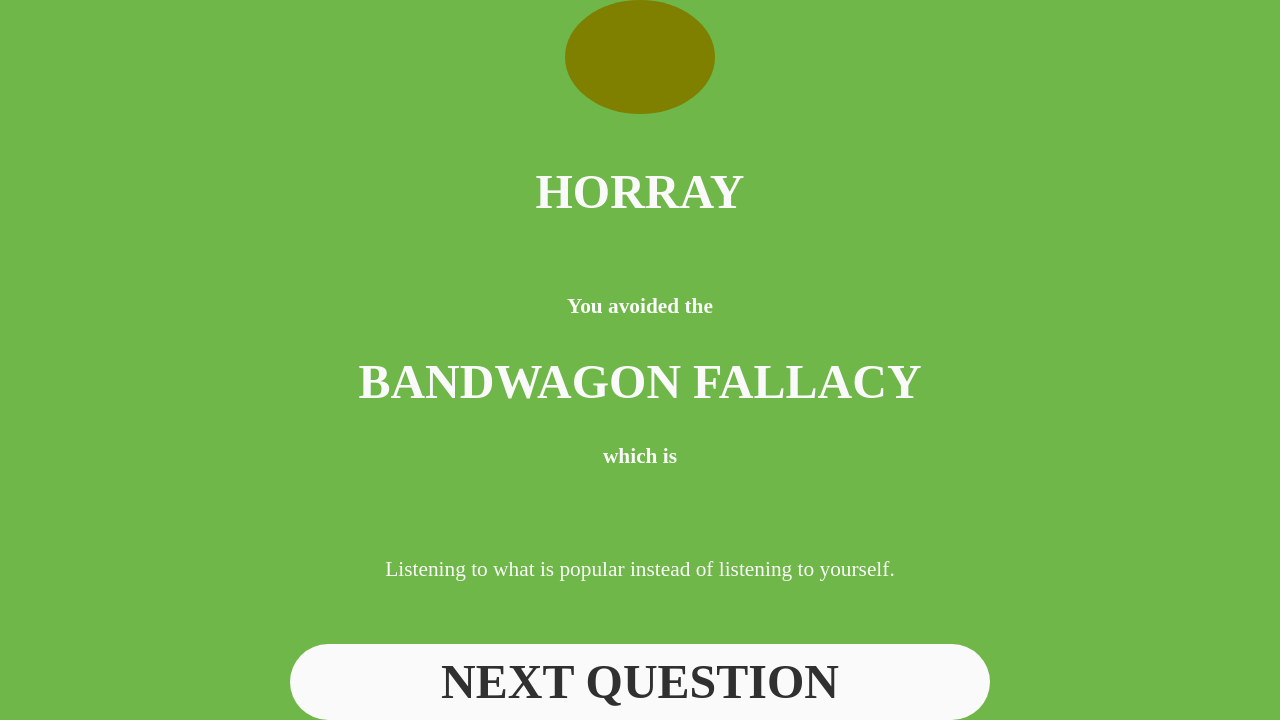
Repository: cindyvunguyen/fallacy
Page: index.html
The author's editor kept a copy of each file at every save. The page is drawn from the files as they stood at one save, then again after the next save.
The browser window is 1280 px wide. The pictures show the whole page.
Some web fonts or font styles are not loaded; a fallback is used.

Above is the page before, as saved 2020-03-12 16:26:13.

### index.html
<!DOCTYPE html>
<html lang="en">
<head>
    <meta charset="UTF-8">
    <meta name="viewport" content="width=device-width, initial-scale=1.0">
    <title>FALLACIES</title>
    <link href="style.css" rel="stylesheet" type="text/css">
</head>
<body>
    <div id="app">

        <!-- CINDY START -->

        <div id="home-page"></div>

        <div id="lets-start-page"></div>

        <div id="question-page"></div>

        <!-- CINDY END -->

        <!-- SOPHIA START -->

        <div id="correct-page">
            <div id="correct-icon"></div>
            <div id="cp-text1">HORRAY</div>
            <div id="cp-a-outcome">
                <div id="cp-text2">You avoided the</div>
                <div id="cp-fallacy">BANDWAGON FALLACY</div>
                <div id="cp-text2">which is</div>
            </div>
            <div id="cp-definition">Listening to what is popular instead of listening to yourself.</div>
            <button class="white-button">NEXT QUESTION</button>
        </div>

        <div id="incorrect-page"></div>

        <!-- the two above pages technically have the same HTML. so you can only have 1 div and change the CSS through JS. it's entirely up to you. -->

        <div id="results-page"></div>

        <div id="game-over-page"></div>

        <!-- the two above pages technically have the same HTML, so you can only have 1 div and change the CSS through JS. it's entirely up to you. -->

        <!-- SOPHIA END -->

        <!-- CHLOE START -->

        <div id="review-page"></div>

        <div id="review2-page"></div>

        <div id="fallacy-review-page"></div>

        <div id="three-fallacies-page"></div>
        <!-- change the page's content with JS to show all three fallacies when clicked -->

        <!-- CHLOE END -->
        <script src="js.js"></script>
    </div>
</body>
</html>

### style.css
body {
    margin: 0;
}

#app {
    width: 100vw;
    height: 100vh;
    font-family: Visby;
    background-color: #468091;
    color: #FAFAFA;
}

@font-face {
    font-family: Visby;
    src: url(fonts/VisbyRoundCF-Regular.otf) format("woff");
}

@font-face {
    font-family: Visby;
    src: url(fonts/VisbyRoundCF-ExtraBold.otf) format("woff");
    font-weight: bold;
}

.pink-button {
    height: 100px;
    width: 700px;
    background-color: #ed2265;
    border: 0px;
    border-radius: 75px;
    font-family: Visby;
    font-weight: bold;
    font-size: 36pt;
    color: #FAFAFA;
    outline: 0;
}

.pink-button:active {
    background-color: #9c1542;
}

.white-button {
    height: 100px;
    width: 700px;
    background-color: #FAFAFA;
    border: 0px;
    border-radius: 75px;
    font-family: Visby;
    font-weight: bold;
    font-size: 36pt;
    color: #303030;
    outline: 0;
}

.white-button:active {
    background-color: #9e9e9e;
}

.grey-button {
    height: 100px;
    width: 700px;
    background-color: #303030;
    border: 0px;
    border-radius: 75px;
    font-family: Visby;
    font-weight: bold;
    font-size: 36pt;
    color: #FAFAFA;
    outline: 0;
}

.grey-button:active {
    background-color: #000000;
}

/* CINDY START */

/* CINDY END */

/* SOPHIA START */
#correct-page {
    width: 100vw;
    height: 100vh;
    display: flex;
    /* display: none; */
    flex-direction: column;
    align-items: center;
    justify-content: center;
    background-color: #6eb748; /* incorrect, change to #860000*/
}

#correct-icon {
    background-color: olive;
    width: 150px;
    height: 150px;
    border-radius: 50%;
}

#cp-text1 {
    font-size: 36pt;
    font-weight: bold;
    padding: 50px 0;
}

#cp-text2 {
    font-size: 16pt;
    font-weight: bold;
}

#cp-fallacy {
    font-size: 36pt;
    font-weight: bold;
}

#cp-definition {
    font-size: 16pt;
    line-height: 150px;
}

#cp-a-outcome {
    line-height: 75px;
    display: flex;
    flex-direction: column;
    align-items: center;
    justify-content: center;
}

#incorrect-page {
    width: 100vw;
    height: 100vh;
    /* display: flex; */
    display: none;
    flex-direction: column;
    align-items: center;
    justify-content: center;
    background-color: #860000;
}

#incorrect-icon {
    background-color: olive;
    width: 150px;
    height: 150px;
    border-radius: 50%;
}

#ip-text1 {
    font-size: 36pt;
    font-weight: bold;
    padding: 50px 0;
}

#ip-text2 {
    font-size: 16pt;
    font-weight: bold;
}

#ip-fallacy {
    font-size: 36pt;
    font-weight: bold;
}

#ip-definition {
    font-size: 16pt;
    line-height: 150px;
}

#ip-a-outcome {
    line-height: 25px;
    display: flex;
    flex-direction: column;
    align-items: center;
    justify-content: center;
}

/* SOPHIA END */

/* CHLOE START */

/* CHLOE END */

Loaded but not shown: js.js (no copy from this time; the picture is the same without it)

After the next save:
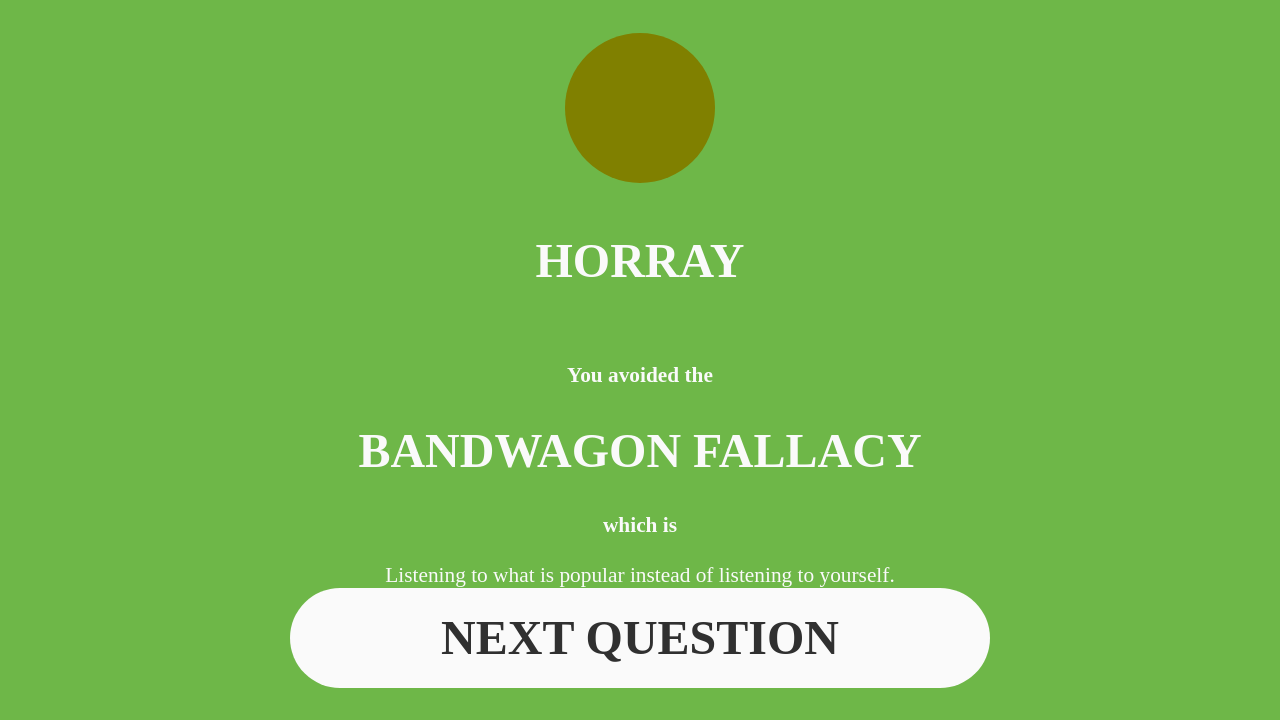
Saved 11 s later.
--- a/style.css
+++ b/style.css
@@ -113,7 +113,6 @@ body {
 
 #cp-definition {
     font-size: 16pt;
-    line-height: 150px;
 }
 
 #cp-a-outcome {
